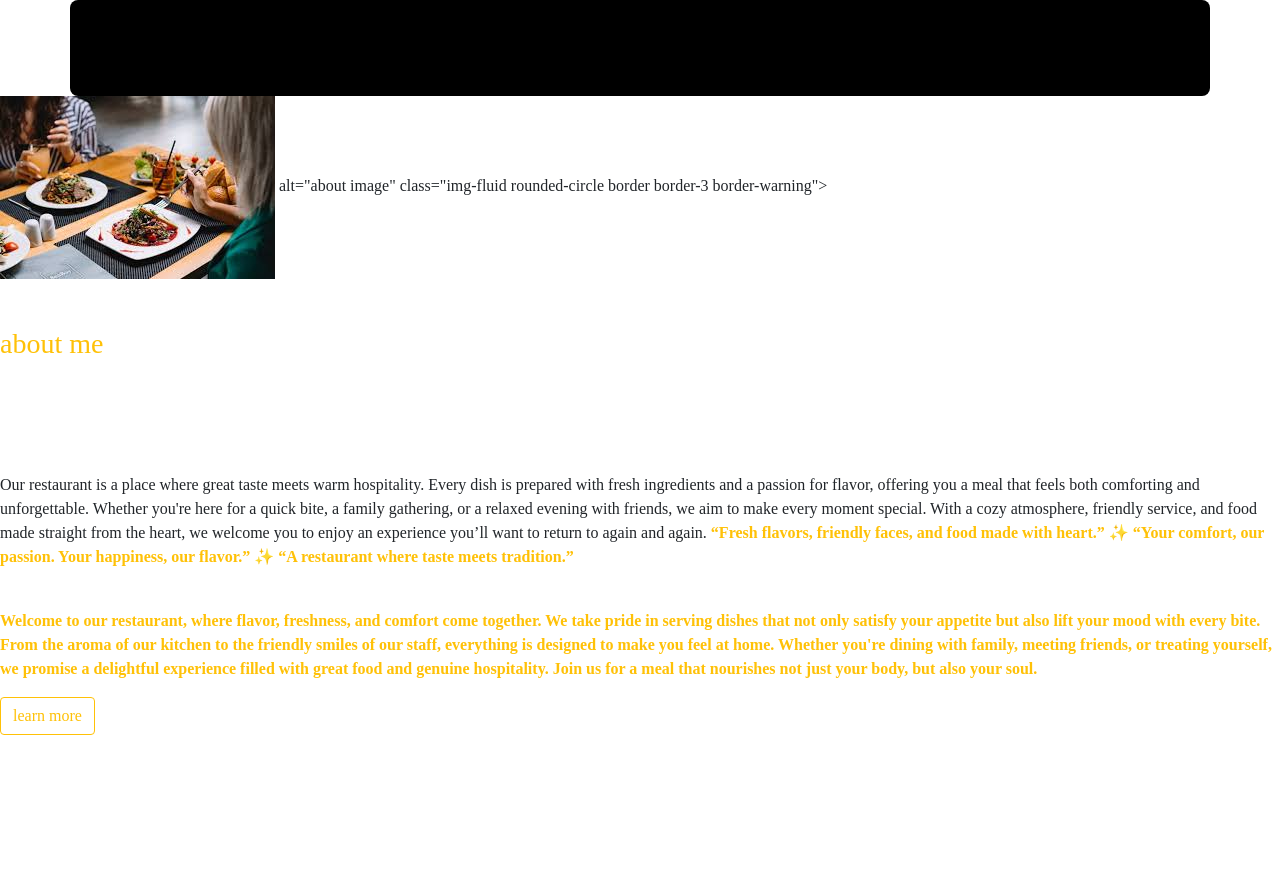
Repository: abeera518/part-2
Page: about.html
The author's editor kept a copy of each file at every save. The page is drawn from the files as they stood at one save, then again after the next save.
The browser window is 1280 px wide. The pictures show the whole page.

Above is the page before, as saved 2025-11-20 23:36:43.

### about.html
<html lang="en">

<head>
    <meta charset="UTF-8">
    <meta name="viewport" content="width=device-width, initial-scale=1.0">
    <link href="https://cdn.jsdelivr.net/npm/bootstrap@5.0.2/dist/css/bootstrap.min.css" rel="stylesheet"
        integrity="sha384-EVSTQN3/azprG1Anm3QDgpJLIm9Nao0Yz1ztcQTwFspd3yD65VohhpuuCOmLASjC" crossorigin="anonymous">
    <link rel="stylesheet" href="style.css">
    <title>Document</title>
</head>

<body>
    <div id="about" class="container about p-5"></div>
    <div class="row"></div>
    <div class="col-6"></div>
    <img src=download.jpg> alt="about image" class="img-fluid rounded-circle border border-3 border-warning">
    <div class="col-6 pt-5 pl-5 pb-5 text-white">
        <h3 class="text-warning">about me</h3>
        <h1 class="m-heading">a little bit about me</h1>
    </div>
    <p>
        <b class="text-warning"> </b>Our restaurant is a place where great taste meets warm hospitality. Every dish is prepared with fresh ingredients and a
        passion for flavor, offering you a meal that feels both comforting and unforgettable. Whether you're here for a quick
        bite, a family gathering, or a relaxed evening with friends, we aim to make every moment special. With a cozy
        atmosphere, friendly service, and food made straight from the heart, we welcome you to enjoy an experience you’ll want
        to return to again and again. <b class="text-warning">
            “Fresh flavors, friendly faces, and food made with heart.”

            ✨ “Your comfort, our passion. Your happiness, our flavor.”

            ✨ “A restaurant where taste meets tradition.”
        </b>
    </p>
    <br />
    <p>
        <b class="text-warning">Welcome to our restaurant, where flavor, freshness, and comfort come together. We take pride in serving dishes that not
        only satisfy your appetite but also lift your mood with every bite. From the aroma of our kitchen to the friendly smiles
        of our staff, everything is designed to make you feel at home. Whether you're dining with family, meeting friends, or
        treating yourself, we promise a delightful experience filled with great food and genuine hospitality. Join us for a meal
        that nourishes not just your body, but also your soul. </b>
    </p>
    <button class="btn btn-outline-warning">learn more</button>
    <div class="container-fluid footer text-center p-3">
        <p class="text-white
">&copy; 2023 ARBSAJ RESTAURANT. All rights reserved.</p>
        <p class="text-white">Follow us on:
            <a href="https://www.facebook.com" class="text-white"><i class="fab fa-facebook"></i></a>
            <a href="https://www.twitter.com" class="text-white"><i class="fab fa-twitter"></i></a>
</body>

</html>

### style.css
html {
    scroll-behavior: smooth;
}

body {
    background-color: black(9, 83, 148);
    font-family: "Baloo Tamma 2", cursive;
}

.m-heading {
    font-family: "Roboto slab", serif;
}

.text-white {
    color: rgb(218, 23, 23);
}

.main-container {
    height: 100vh;
    display: flex;
    justify-content: center;
    align-items: center;
    flex-direction: column;
    background-image: url(download.jpg);
    background-repeat: no-repeat;
    background-size: cover;
    background-attachment: fixed;
}

.main row {
    display: flex;
    justify-content:
        center;
    align-items: center;
}

.main row h1 {
    font-size: 5rem
}

.main_row img {
    width: auto;
    height: 100vh;
}

.about {
    background: black;
    border-radius: 0.5rem;
}

.card {
    border-bottom: 8px solid
}

After the next save:
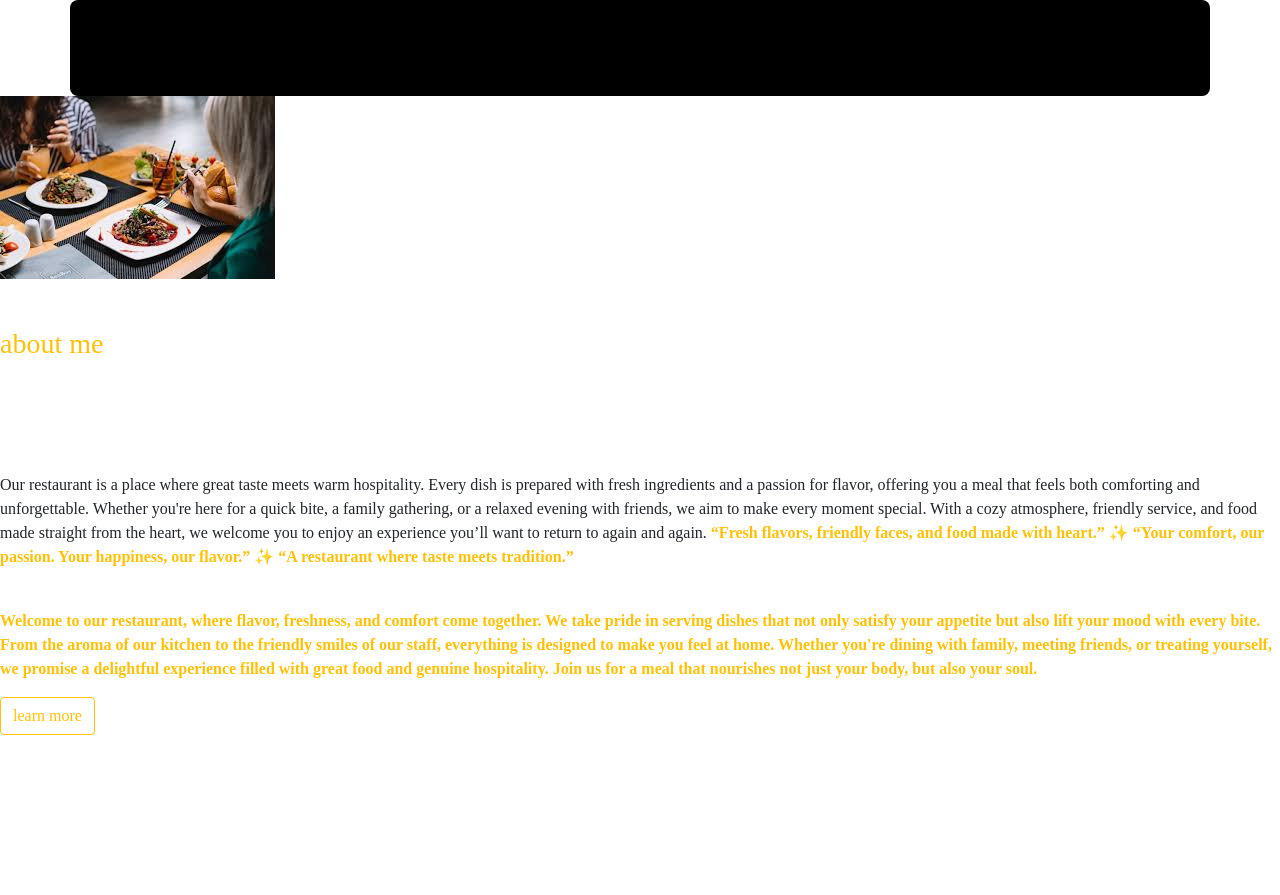
Saved 34 s later.
--- a/about.html
+++ b/about.html
@@ -13,7 +13,7 @@
     <div id="about" class="container about p-5"></div>
     <div class="row"></div>
     <div class="col-6"></div>
-    <img src=download.jpg> alt="about image" class="img-fluid rounded-circle border border-3 border-warning">
+    <img src=download.jpg>
     <div class="col-6 pt-5 pl-5 pb-5 text-white">
         <h3 class="text-warning">about me</h3>
         <h1 class="m-heading">a little bit about me</h1>
